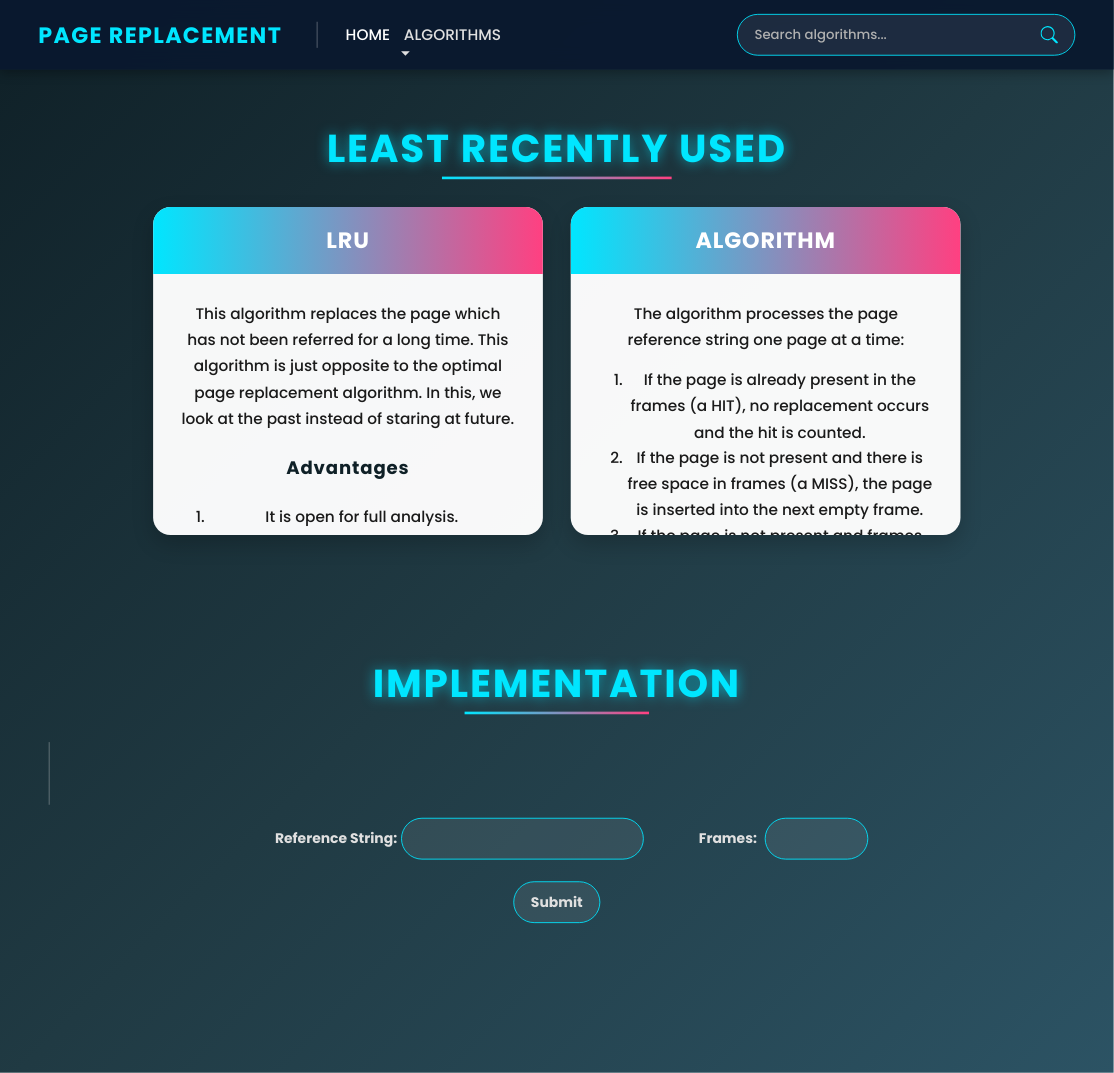
Repository: nusuranur/Page-Replacement-Algorithms-Simulator2.0
Page: Page-Replacement-Algorithms-Simulator-master/lru.html
These files come from the project's save history. The page is drawn as it stood at one moment and after the next save; the edit follows.
The browser window is 1280 px wide. The pictures show the whole page, at 87% of full size.

Above is the page before, as saved 2025-08-05 16:41:05.

### Page-Replacement-Algorithms-Simulator-master/lru.html
<!DOCTYPE html>
<html lang="en">

<head>
    <meta charset="UTF-8">
    <meta http-equiv="X-UA-Compatible" content="IE=edge">
    <meta name="viewport" content="width=device-width, initial-scale=1.0">
    <title>OS LAB SIMULATOR</title>
    <link rel="stylesheet" href="https://cdn.jsdelivr.net/npm/bootstrap@5.3.0/dist/css/bootstrap.min.css">
    <link href="https://fonts.googleapis.com/css2?family=Poppins:wght@300;500;700&display=swap" rel="stylesheet">
    <link href="https://cdnjs.cloudflare.com/ajax/libs/font-awesome/6.4.0/css/all.min.css" rel="stylesheet">
    <link rel="stylesheet" href="https://unpkg.com/aos@2.3.1/dist/aos.css">
    <link rel="shortcut icon" type="image/png" href="images/website_logo1.png">
    <style>
        body {
            background: linear-gradient(135deg, #0f2027 0%, #203a43 50%, #2c5364 100%);
            font-family: 'Poppins', sans-serif;
            color: #e0e0e0;
            min-height: 100vh;
            margin: 0;
            font-size: 1rem;
        }

        .navbar {
            background: rgba(10, 25, 47, 0.95) !important;
            backdrop-filter: blur(12px);
            padding: 1rem 2rem;
            box-shadow: 0 4px 12px rgba(0, 0, 0, 0.3);
        }

        .navbar-brand .hover-border {
            font-size: 1.6rem;
            font-weight: 700;
            color: #00e6ff;
            transition: color 0.3s ease, transform 0.3s ease;
            position: relative;
            text-transform: uppercase;
            letter-spacing: 1.5px;
        }

        .navbar-brand .hover-border:hover {
            color: #ffffff;
            transform: translateY(-2px);
        }

        .navbar-brand .hover-border::after {
            content: '';
            position: absolute;
            width: 0;
            height: 3px;
            bottom: -6px;
            left: 0;
            background: linear-gradient(90deg, #00e6ff, #ff4081);
            transition: width 0.4s ease;
        }

        .navbar-brand .hover-border:hover::after {
            width: 100%;
        }

        .nav-link, .nav-link.dropdown-toggle {
            font-size: 1.1rem;
            color: #e0e0e0;
            transition: color 0.3s ease, transform 0.3s ease;
            position: relative;
        }

        .nav-link:hover, .nav-link.dropdown-toggle:hover {
            color: #00e6ff;
            transform: translateY(-2px);
        }

        .nav-link::after, .nav-link.dropdown-toggle::after {
            content: '';
            position: absolute;
            width: 0;
            height: 2px;
            bottom: -3px;
            left: 0;
            background: linear-gradient(90deg, #00e6ff, #ff4081);
            transition: width 0.4s ease;
        }

        .nav-link:hover::after, .nav-link.dropdown-toggle:hover::after {
            width: 100%;
        }

        .divider {
            height: 30px;
            width: 1px;
            background: #e0e0e0;
            margin: 0 1.5rem;
            opacity: 0.4;
        }

        .form-control {
            background: rgba(255, 255, 255, 0.08);
            border: 1px solid #00e6ff;
            color: #e0e0e0;
            border-radius: 25px;
            padding: 0.7rem 2.8rem 0.7rem 1.2rem;
            font-size: 1rem;
            transition: all 0.3s ease;
        }

        .form-control:focus {
            background: rgba(255, 255, 255, 0.15);
            border-color: #ffffff;
            color: #ffffff;
            box-shadow: 0 0 8px rgba(0, 230, 255, 0.3);
        }

        .form-control::placeholder {
            color: #b0b0b0;
            font-size: 0.95rem;
        }

        .bi-search {
            position: absolute;
            right: 20px;
            top: 50%;
            transform: translateY(-50%);
            color: #00e6ff;
            width: 20px;
            height: 20px;
        }

        .dropdown-menu {
            background: rgba(10, 25, 47, 0.98);
            border: 1px solid #00e6ff;
            border-radius: 12px;
            max-height: 320px;
            overflow-y: auto;
            box-shadow: 0 4px 15px rgba(0, 0, 0, 0.3);
        }

        .dropdown-item {
            color: #e0e0e0;
            font-size: 0.95rem;
            padding: 0.8rem 1.5rem;
            transition: all 0.3s ease;
        }

        .dropdown-item:hover {
            background: #00e6ff;
            color: #0f2027;
        }

        .mid-block {
            padding: 4rem 2rem;
            text-align: center;
        }

        .mid-heading-wrapper {
            margin-bottom: 2rem;
        }

        .mid-heading h1 {
            font-size: 2.8rem;
            font-weight: 700;
            color: #00e6ff;
            text-transform: uppercase;
            letter-spacing: 2px;
            text-shadow: 0 0 15px rgba(0, 230, 255, 0.6);
            position: relative;
            display: inline-block;
        }

        .mid-heading h1::after {
            content: '';
            position: absolute;
            width: 50%;
            height: 3px;
            bottom: -8px;
            left: 25%;
            background: linear-gradient(90deg, #00e6ff, #ff4081);
        }

        .mid-cards {
            display: flex;
            flex-wrap: wrap;
            justify-content: center;
            gap: 2rem;
            max-width: 1200px;
            margin: 0 auto;
        }

        .card {
            background: rgba(255, 255, 255, 0.97);
            border: none;
            border-radius: 20px;
            box-shadow: 0 10px 25px rgba(0, 0, 0, 0.2);
            transition: transform 0.4s ease, box-shadow 0.4s ease;
            max-width: 28rem;
            overflow: hidden;
        }

        .card:hover {
            transform: translateY(-10px);
            box-shadow: 0 15px 35px rgba(0, 0, 0, 0.3);
        }

        .card-header {
            background: linear-gradient(90deg, #00e6ff, #ff4081);
            color: #ffffff;
            font-size: 1.6rem;
            font-weight: 600;
            padding: 1.2rem;
            text-transform: uppercase;
            letter-spacing: 1px;
            border: none;
        }

        .card-body {
            padding: 2rem;
            color: #1a1a1a;
            font-size: 1.1rem;
            line-height: 1.7;
            max-height: 300px;
            overflow-y: auto;
        }

        .card-body .card-header {
            background: none;
            color: #0f2027;
            font-size: 1.3rem;
            padding: 0.5rem 0;
            text-transform: none;
        }

        .card-text ol {
            padding-left: 1.5rem;
            margin-bottom: 0;
        }

        .card-text li {
            margin-bottom: 0.5rem;
        }

        .last-block {
            padding: 4rem 2rem;
            text-align: center;
        }

        .last_button {
            background: linear-gradient(90deg, #00e6ff, #ff4081);
            color: #ffffff;
            border: none;
            border-radius: 25px;
            padding: 0.8rem 2rem;
            font-size: 1rem;
            font-weight: 600;
            transition: all 0.3s ease;
        }

        .last_button:hover {
            background: linear-gradient(90deg, #ff4081, #00e6ff);
            transform: scale(1.08);
            box-shadow: 0 5px 15px rgba(0, 230, 255, 0.4);
        }

        .input {
            background: rgba(255, 255, 255, 0.08);
            border: 1px solid #00e6ff;
            color: #e0e0e0;
            border-radius: 25px;
            padding: 0.7rem 1.2rem;
            font-size: 1rem;
            transition: all 0.3s ease;
        }

        .input:focus {
            background: rgba(255, 255, 255, 0.15);
            border-color: #ffffff;
            box-shadow: 0 0 8px rgba(0, 230, 255, 0.3);
        }

        table, tr, td {
            border: 2px solid black !important;
        }

        #table {
            width: 80vw;
            margin: 15px;
        }

        #summary {
            display: flex;
            justify-content: space-around;
            align-items: center;
            flex-wrap: wrap;
            flex-direction: row;
        }

        @media (max-width: 768px) {
            body {
                font-size: 0.9rem;
            }

            .mid-heading h1 {
                font-size: 2.2rem;
            }

            .mid-block, .last-block {
                padding: 2rem 1rem;
            }

            .navbar-brand .hover-border {
                font-size: 1.3rem;
            }

            .nav-link, .nav-link.dropdown-toggle {
                font-size: 1rem;
            }

            .form-control, .input {
                font-size: 0.9rem;
            }

            .card {
                max-width: 90%;
            }

            .card-header {
                font-size: 1.4rem;
            }

            .card-body {
                font-size: 1rem;
            }

            .last_button {
                font-size: 0.9rem;
                padding: 0.7rem 1.5rem;
            }
        }
    </style>
</head>

<body>
    <nav class="navbar sticky-top navbar-expand-lg navbar-dark bg-dark">
        <div class="container-fluid">
            <a class="navbar-brand" href="pagereplacement_index.html">
                <div class="hover-border">PAGE REPLACEMENT</div>
            </a>
            <div class="divider"></div>
            <button class="navbar-toggler" type="button" data-bs-toggle="collapse"
                data-bs-target="#navbarSupportedContent" aria-controls="navbarSupportedContent" aria-expanded="false"
                aria-label="Toggle navigation">
                <span class="navbar-toggler-icon"></span>
            </button>
            <div class="collapse navbar-collapse" id="navbarSupportedContent">
                <ul class="navbar-nav me-auto mb-2 mb-lg-0">
                    <li class="nav-item">
                        <a class="nav-link active" aria-current="page" href="index.html">
                            <div class="hover-border">HOME</div>
                        </a>
                    </li>
                    <li class="nav-item dropdown">
                        <a class="nav-link dropdown-toggle" href="#" id="navbarDropdown" role="button"
                            data-bs-toggle="dropdown" aria-expanded="false">
                            ALGORITHMS
                        </a>
                        <ul class="dropdown-menu dropdown-menu-dark" aria-labelledby="navbarDropdown">
                            <li><a class="dropdown-item" href="./fifo.html">FIFO</a></li>
                            <li><a class="dropdown-item" href="./lifo.html">LIFO</a></li>
                            <li><a class="dropdown-item" href="./lru.html">LRU</a></li>
                            <li><a class="dropdown-item" href="./optimal.html">OPTIMAL</a></li>
                        </ul>
                    </li>
                </ul>
                <div class="d-flex position-relative">
                    <div class="dropdown">
                        <input id="search-input" class="form-control me-2 dropdown-toggle" data-bs-toggle="dropdown"
                            aria-expanded="false" placeholder="Search algorithms...">
                        <ul id="suggestions" class="dropdown-menu dropdown-menu-dark" aria-labelledby="search-button"></ul>
                        <svg xmlns="http://www.w3.org/2000/svg" width="20" height="20" fill="currentColor"
                            class="bi bi-search" viewBox="0 0 16 16">
                            <path
                                d="M11.742 10.344a6.5 6.5 0 1 0-1.397 1.398h-.001c.03.04.062.078.098.115l3.85 3.85a1 1 0 0 0 1.415-1.414l-3.85-3.85a1.007 1.007 0 0 0-.115-.1zM12 6.5a5.5 5.5 0 1 1-11 0 5.5 5.5 0 1 1 11 0z" />
                        </svg>
                    </div>
                </div>
            </div>
        </div>
    </nav>
    <div class="mid-block" data-aos="fade-up">
        <div class="mid-heading-wrapper">
            <div class="mid-heading">
                <h1 class="hover-border">LEAST RECENTLY USED</h1>
            </div>
        </div>
        <div class="mid-cards">
            <div class="card text-white mb-3" data-aos="zoom-in" data-aos-delay="100">
                <div class="card-header">LRU</div>
                <div class="card-body">
                    <p class="card-text">This algorithm replaces the page which has not been referred for a long time.
                        This algorithm is just opposite to the optimal page replacement algorithm. In this, we look at
                        the past instead of staring at future.</p>
                    <div class="card-header">Advantages</div>
                    <p class="card-text">
                        <ol>
                            <li>It is open for full analysis.</li>
                            <li>In this, we replace the page which is least recently used, thus free from Belady’s Anomaly.</li>
                            <li>Easy to choose page which has faulted and hasn’t been used for a long time.</li>
                        </ol>
                    </p>
                    <div class="card-header">Disadvantages</div>
                    <p class="card-text">
                        <ol>
                            <li>It requires additional Data Structure to be implemented.</li>
                            <li>Hardware assistance requirement is high.</li>
                        </ol>
                    </p>
                </div>
            </div>
            <div class="card text-white mb-3" data-aos="zoom-in" data-aos-delay="200">
                <div class="card-header">ALGORITHM</div>
                <div class="card-body">
                    <p class="card-text">
                        The algorithm processes the page reference string one page at a time:
                        <ol>
                            <li>If the page is already present in the frames (a HIT), no replacement occurs and the hit is counted.</li>
                            <li>If the page is not present and there is free space in frames (a MISS), the page is inserted into the next empty frame.</li>
                            <li>If the page is not present and frames are full (a MISS), this custom LRU algorithm replaces the page that was inserted most recently (the newest page) with the new page, rather than the least recently used. The insertion order is tracked to identify the newest page.</li>
                            <li>This approach ensures that older pages remain in memory, only replacing the newest pages when necessary.</li>
                        </ol>
                        This differs from classical LRU, which replaces the least recently used page, by focusing on replacing the newest page while keeping the rest stable.
                    </p>
                </div>
            </div>
        </div>
    </div>
    <div class="last-block" data-aos="fade-up">
        <div class="mid-heading-wrapper">
            <div class="mid-heading">
                <h1 class="hover-border">IMPLEMENTATION</h1>
            </div>
        </div>
        <div class="divider" style="height: 10vh;"></div>
        <div id="algo">
            <div class="container"
                style="width: 85vw; height: fit-content; margin-bottom: 10px; display: flex; flex-direction: column; align-items: center; justify-content: center;">
                <div
                    style="display: flex; flex-direction: row; align-items: center; justify-content: center; flex-wrap: wrap;">
                    <div
                        style="margin: 10px; width: fit-content; display: flex; justify-content: center; align-items: center;">
                        <strong>Reference String:</strong>
                        <input class="input" type="text" style="width: 55%; min-width: 225px; margin: 5px;" id="input" />
                    </div>
                    <div style="margin: 10px; width: fit-content">
                        <strong>Frames:</strong>
                        <input class="input" type="number" id="frames" style="200px; min-width: 50px; margin: 5px;"
                            min=1 max=10 />
                    </div>
                </div>
                <button id="submit" type="button" class="btn btn-dark last_button input"
                    style="margin: 10px; min-width: 80px;">Submit</button>
            </div>
            <div style="margin: 10px; width: fit-content;">
                <br />
                <table id="table" class="container text-center"></table>
                <br />
                <div id="summary" class="d-flex justify-content-around font-weight-bold text-uppercase"> </div>
            </div>
        </div>
    </div>
    <script src="https://cdn.jsdelivr.net/npm/bootstrap@5.3.0/dist/js/bootstrap.bundle.min.js"></script>
    <script src="https://unpkg.com/aos@2.3.1/dist/aos.js"></script>
    <script>
        AOS.init({
            duration: 1200,
            easing: 'ease-out-quart',
        });
    </script>
    <script src="js/search.js"></script>
    <script src="js/lru.js"></script>
</body>

</html>

### Page-Replacement-Algorithms-Simulator-master/js/lru.js
// Node class for doubly linked list (not used here, kept if needed later)
class node {
    constructor(data) {
        this.data = data;
        this.l = null;
        this.r = null;
    }
}

// LRU class implementing standard LRU page replacement
class lru {
    constructor(capacity) {
        this.capacity = Number(capacity);
        this.pageFaults = 0;
        this.pageHits = 0;
        this.searchIndex = -1;
        this.frames = [];     // Array of pages in frames (fixed positions)
        this.recency = [];    // Array tracking recency: most recent at end
    }

    refer(token) {
        let idx = this.frames.indexOf(token);

        if (idx !== -1) {
            // HIT: Page found in frames
            this.pageHits++;
            this.searchIndex = idx;

            // Update recency: move token to end (most recent)
            this.recency = this.recency.filter(x => x !== token);
            this.recency.push(token);
        } else {
            // MISS: Page not in frames
            this.pageFaults++;
            this.searchIndex = -1;

            if (this.frames.length < this.capacity) {
                // Space available: add token at next free frame
                this.frames.push(token);
                this.recency.push(token);
            } else {
                // No space: replace least recently used page (recency[0])
                let lruPage = this.recency.shift();           // Remove oldest used
                let removeIdx = this.frames.indexOf(lruPage); // Find index in frames
                this.frames[removeIdx] = token;                // Replace with new page
                this.recency.push(token);                      // Add new page as most recent
            }
        }
    }
}

// Event listener for submit button
document.getElementById("submit").addEventListener("click", runLRU);

function runLRU() {
    let refs = document.getElementById("input").value.trim().split(/\s+/);
    let framesCount = Number(document.getElementById("frames").value);
    let ref = refs.filter(x => x !== "");

    createTable("table", framesCount, ref);
    let cache = new lru(framesCount);

    for (let i = 0; i < ref.length; i++) {
        cache.refer(ref[i]);
        fillcol("table", i + 1, cache.frames, framesCount, cache.searchIndex);
    }

    summary("summary", cache.pageFaults, cache.pageFaults + cache.pageHits, framesCount);
}

// Fill one column in the table with frames and HIT/MISS status
function fillcol(tablename, col, objframes, totalFrames, searchindex) {
    for (let i = 0; i < totalFrames; i++) {
        let cell = document.getElementById(tablename + (i + 1) + col);
        cell.innerHTML = i < objframes.length ? objframes[i] : "";
        cell.classList.remove("bg-success", "text-white");
    }

    let statusRow = document.getElementById(tablename + (Number(totalFrames) + 1) + col);
    if (searchindex === -1) {
        statusRow.innerHTML = "MISS";
    } else {
        statusRow.innerHTML = "HIT";
        document.getElementById(tablename + (searchindex + 1) + col).classList.add("bg-success", "text-white");
    }
}

// Dynamically create the table structure for frames and references
function createTable(tablename, frames, ref) {
    document.getElementById(tablename).innerHTML = "";
    let table = `<tr class="font-weight-bold"><td id="${tablename}00">Reference</td>`;
    for (let i = 0; i < ref.length; i++) {
        table += `<td id="${tablename}0${i + 1}">${ref[i]}</td>`;
    }
    table += `</tr>`;

    for (let i = 0; i < frames; i++) {
        table += `<tr><td class="font-weight-bold" id="${tablename}${i + 1}0">Frame ${i + 1}</td>`;
        for (let j = 0; j < ref.length; j++) {
            table += `<td id="${tablename}${i + 1}${j + 1}"></td>`;
        }
        table += "</tr>";
    }

    table += `<tr><td class="font-weight-bold" id="${tablename}${frames + 1}0">Status</td>`;
    for (let j = 0; j < ref.length; j++) {
        table += `<td id="${tablename}${frames + 1}${j + 1}"></td>`;
    }
    table += "</tr>";

    document.getElementById(tablename).innerHTML = table;
}

// Show summary of results: hits, faults, ratios
function summary(id, pagefaults, pages, frames) {
    let missRatio = (pagefaults / pages).toFixed(2);
    let hitRatio = (1 - missRatio).toFixed(2);
    let result = `
        <div>Pages: ${pages}</div>
        <div>Frames: ${frames}</div>
        <div>Hits: ${pages - pagefaults}</div>
        <div>Faults: ${pagefaults}</div>
        <div>Hit Ratio: ${hitRatio}</div>
        <div>Miss Ratio: ${missRatio}</div>
    `;
    document.getElementById(id).innerHTML = result;
}

Loaded but not shown: Page-Replacement-Algorithms-Simulator-master/js/search.js (186 lines, source omitted)

After the next save:
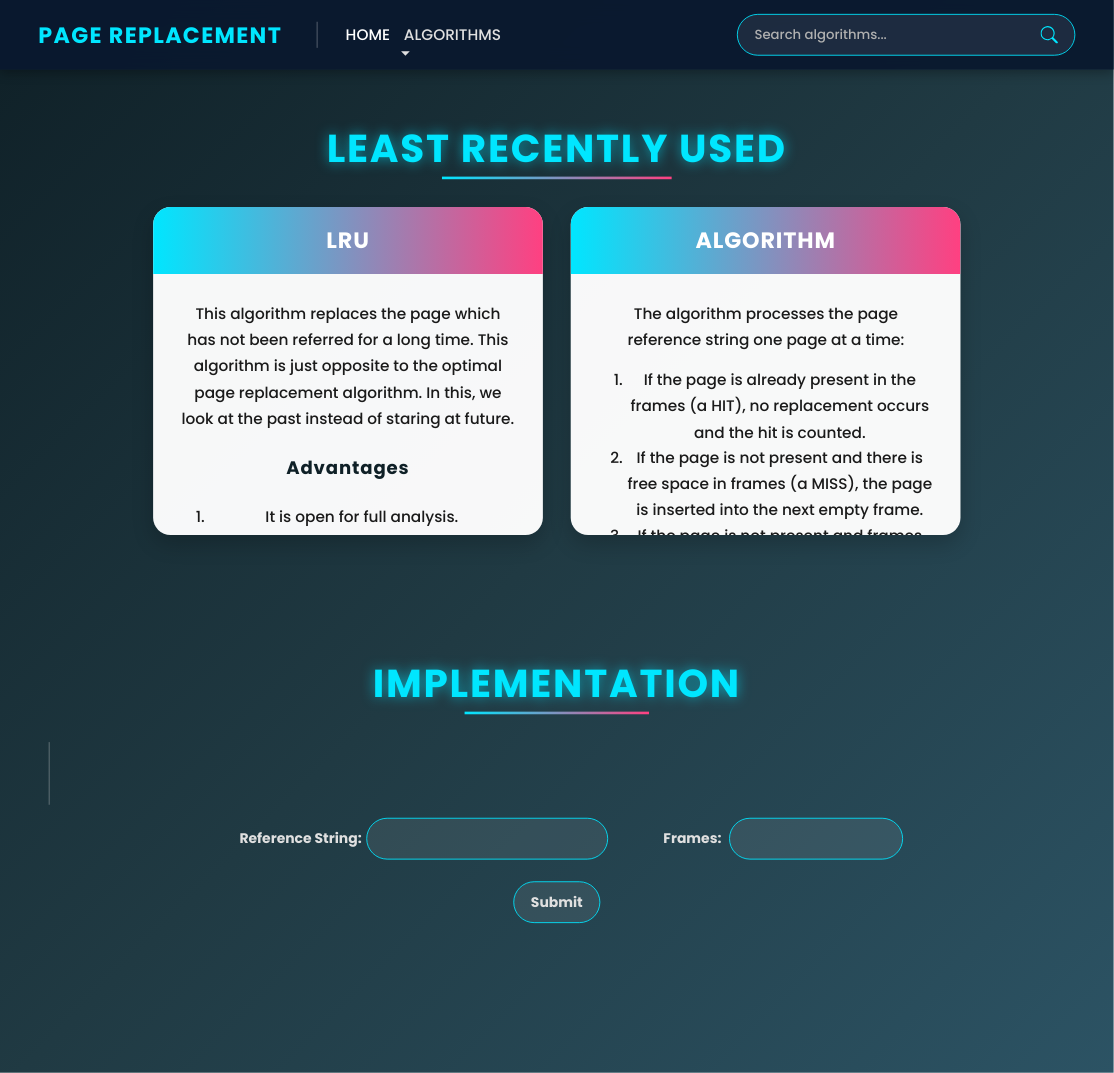
Saved 13 s later.
--- a/Page-Replacement-Algorithms-Simulator-master/lru.html
+++ b/Page-Replacement-Algorithms-Simulator-master/lru.html
@@ -450,7 +450,7 @@
                     </div>
                     <div style="margin: 10px; width: fit-content">
                         <strong>Frames:</strong>
-                        <input class="input" type="number" id="frames" style="200px; min-width: 50px; margin: 5px;"
+                        <input class="input" type="number" id="frames" style="width: 200px; min-width: 50px; margin: 5px;"
                             min=1 max=10 />
                     </div>
                 </div>
